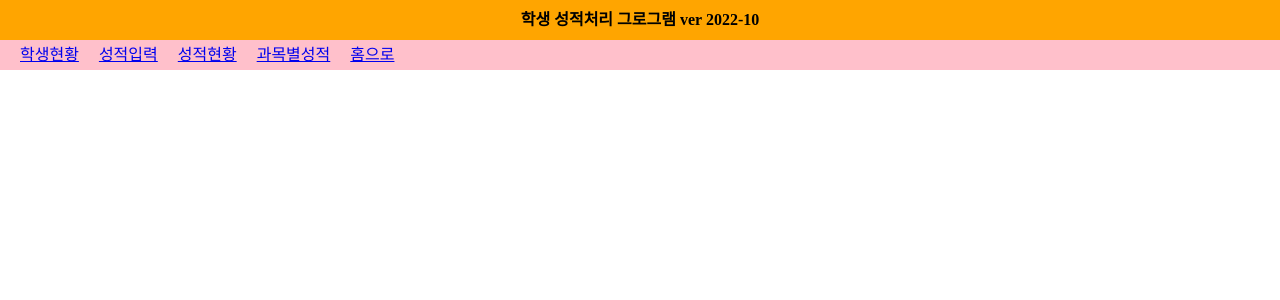
Repository: GotChun/license_practice
Page: http://localhost/HRD_0525/
An editor plug-in stored every save of this project. The page is shown before and after the next save, followed by the edit.
The browser window is 1280 px wide. The pictures show the whole page.
The page is served by Tomcat 9.

Above is the page before, as saved 2025-02-22 07:27:45.

### HRD_0525/src/main/webapp/index.jsp
<%@ page language="java" contentType="text/html; charset=UTF-8"
	pageEncoding="UTF-8"%>
<!DOCTYPE html>
<html>
<head>
<meta charset="UTF-8">
<title>index</title>
</head>
<body>

	<header
		style="position: fixed; top: 0; left:0px; width: 100%; height: 40px; line-height: 40px; background-color: orange; text-align: center">
		<b>학생 성적처리 그로그램 ver 2022-10</b>
	</header>

	<nav style="position:fixed; top:40px; left:0px; width:100%; height:30px; line-height:30px; background-color: pink; padding-left:20px; display:flex; justify-content:flex-start; gap:20px;">
		<a href="slist.jsp">학생현황</a>
		<a href="insert.jsp">성적입력</a>
		<a href="jumlist.jsp">성적현황</a>
		<a href="search.jsp">과목별성적</a>
		<a href="index.jsp">홈으로</a>
	</nav>
</body>
</html>

After the next save:
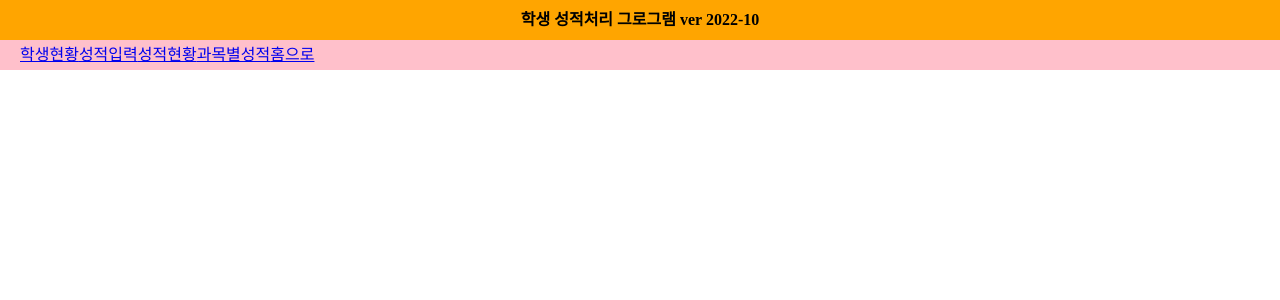
Saved 3 min 2 s later.
--- a/HRD_0525/src/main/webapp/index.jsp
+++ b/HRD_0525/src/main/webapp/index.jsp
@@ -13,7 +13,7 @@
 		<b>학생 성적처리 그로그램 ver 2022-10</b>
 	</header>
 
-	<nav style="position:fixed; top:40px; left:0px; width:100%; height:30px; line-height:30px; background-color: pink; padding-left:20px; display:flex; justify-content:flex-start; gap:20px;">
+	<nav style="position:fixed; top:40px; left:0px; width:100%; height:30px; line-height:30px; background-color: pink; padding-left:20px; display:flex; justify-content:flex-start;">
 		<a href="slist.jsp">학생현황</a>
 		<a href="insert.jsp">성적입력</a>
 		<a href="jumlist.jsp">성적현황</a>

After the 2 saves that followed:
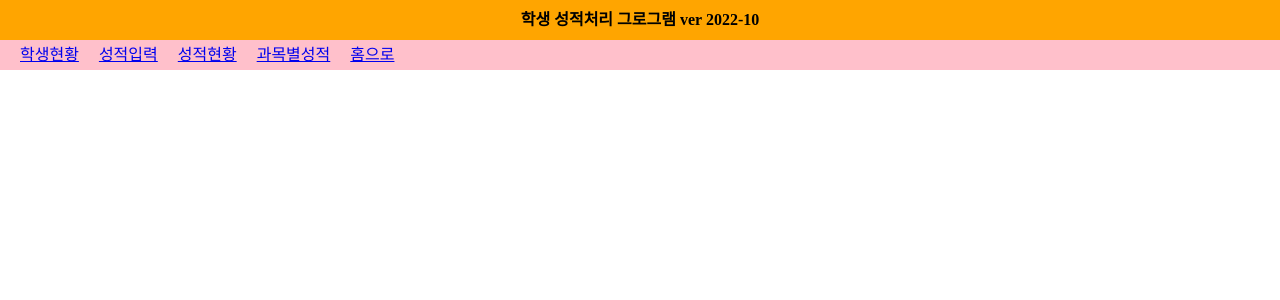
The 2 saves are shown as one change because 1 left the picture as it was.
The last was saved 33 s later.
--- a/HRD_0525/src/main/webapp/index.jsp
+++ b/HRD_0525/src/main/webapp/index.jsp
@@ -13,7 +13,7 @@
 		<b>학생 성적처리 그로그램 ver 2022-10</b>
 	</header>
 
-	<nav style="position:fixed; top:40px; left:0px; width:100%; height:30px; line-height:30px; background-color: pink; padding-left:20px; display:flex; justify-content:flex-start;">
+	<nav style="position:fixed; top:40px; left:0px; width:100%; height:30px; line-height:30px; background-color: pink; padding-left:20px; display:flex; justify-content:flex-start; align-items: center; gap:20px;">
 		<a href="slist.jsp">학생현황</a>
 		<a href="insert.jsp">성적입력</a>
 		<a href="jumlist.jsp">성적현황</a>
